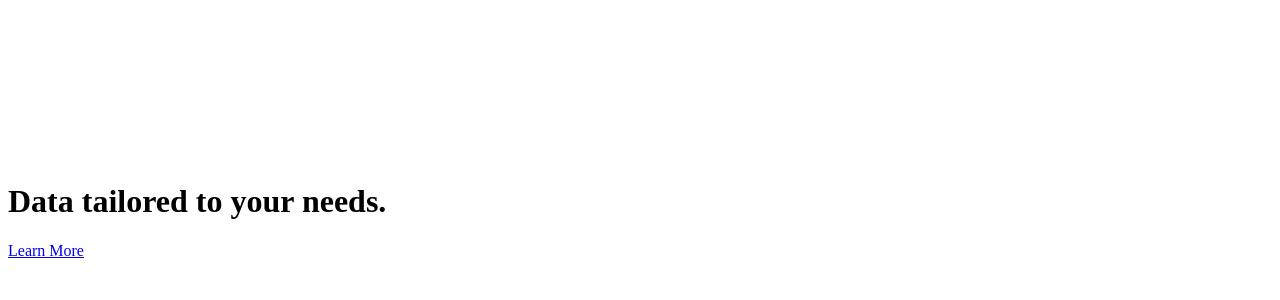
Repository: Arkitecth/landing_page
Page: starter-code/index.html
These files come from the project's save history. The page is drawn as it stood at one moment and after the next save; the edit follows.
The browser window is 1280 px wide. The pictures show the whole page.

Above is the page before, as saved 2023-05-20 21:56:06.

After the next save:
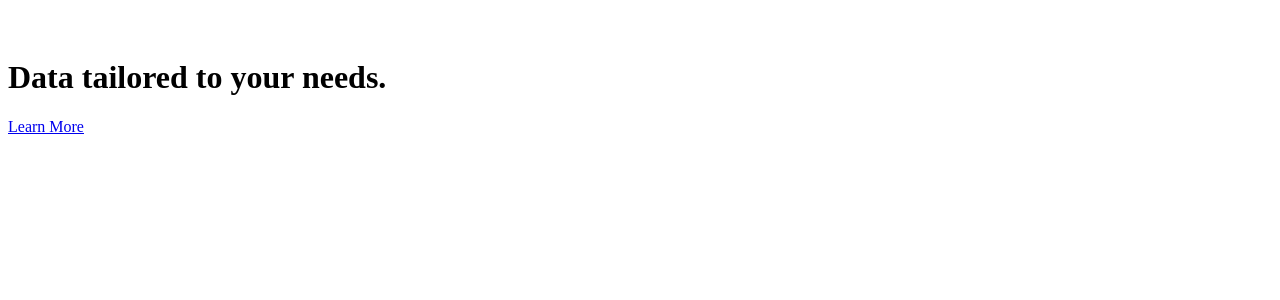
Saved 10 s later.
--- a/starter-code/index.html
+++ b/starter-code/index.html
@@ -10,7 +10,7 @@
   <header>
     <div class="container">
       <nav>
-        <object data="" type=""></object>
+        <object data="assets/images/logo-light.svg" type=""></object>
       </nav>
       <h1>Data <span>tailored</span> to your needs.</h1>
       <a class="btn-primary"href="#">Learn More</a>
